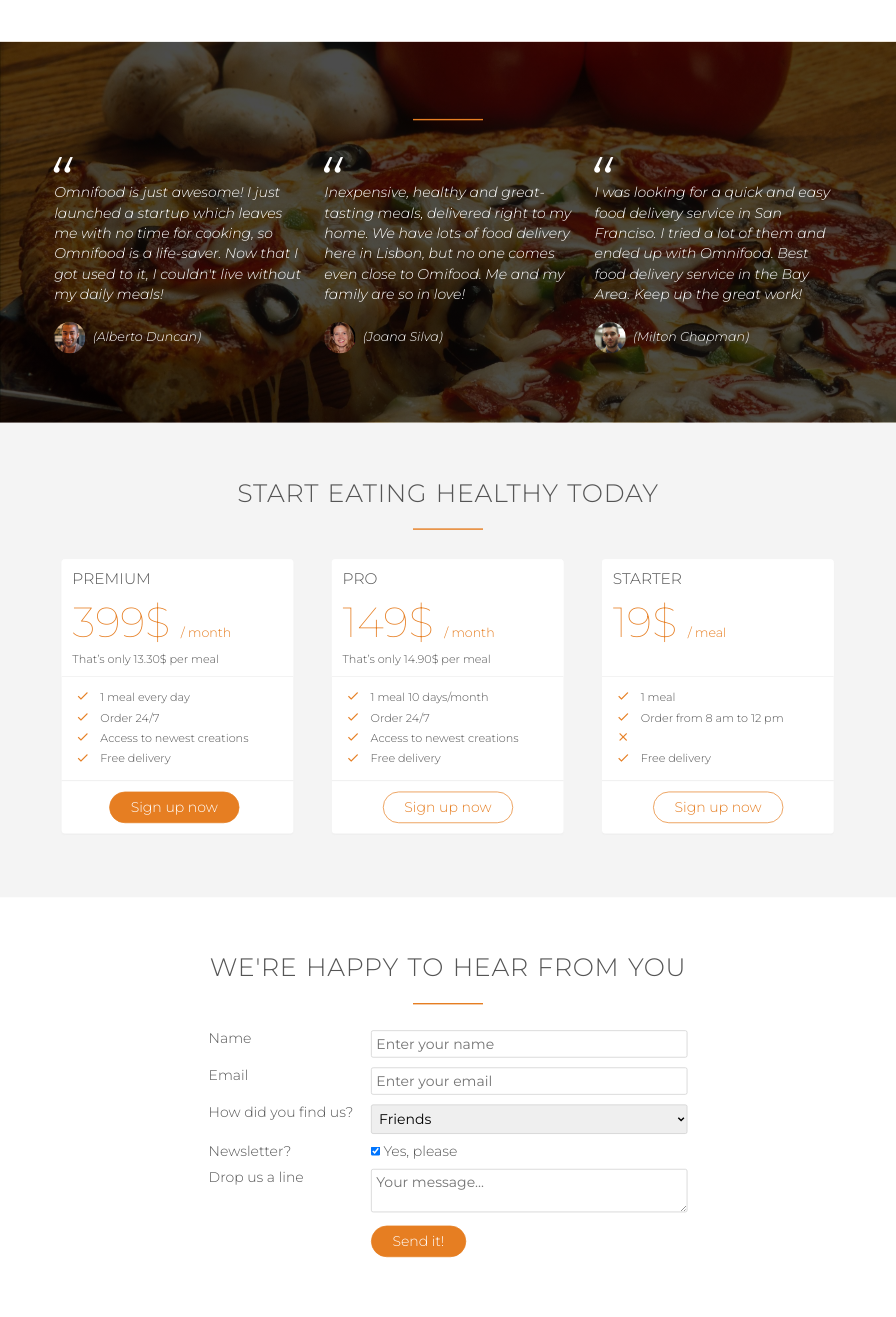
Repository: bbaryn/tasty-food-page
Page: index.html
An editor plug-in stored every save of this project. The page is shown before and after the next save, followed by the edit.
The browser window is 1280 px wide. The pictures show the part of the page from y = 3307 to 5227 px (the page is 5189 px tall before and 5227 px after), at 70% of full size.
Backgrounds fixed to the window are drawn as part of the page.

Above is the page before, as saved 2019-03-28 11:03:52.

After the next save:
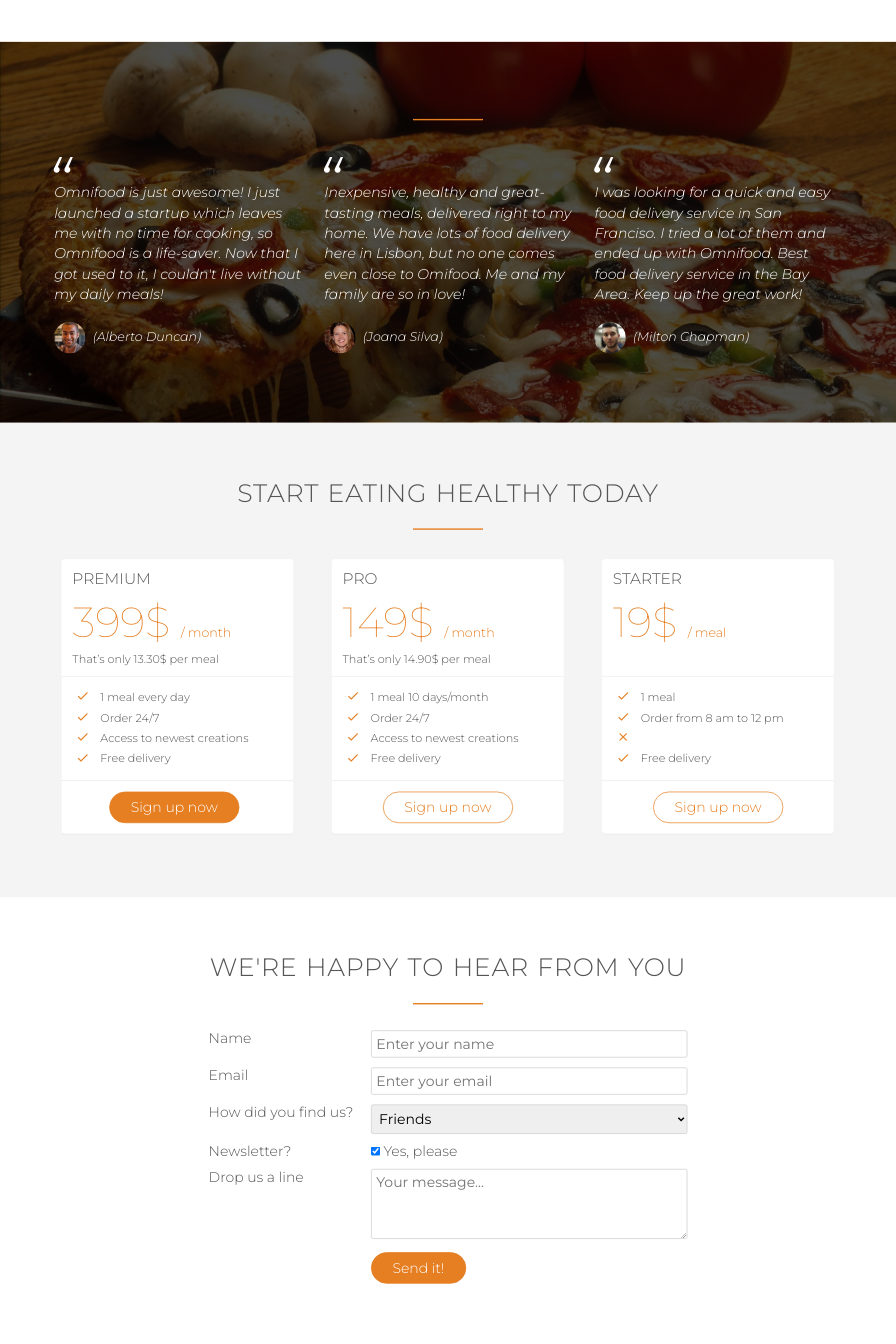
Saved 73 s later.
--- a/resources/css/style.css
+++ b/resources/css/style.css
@@ -472,3 +472,7 @@
     border-radius: 3px;
     border: 1px solid #ccc;
 }
+
+textarea {
+    height: 100px;
+}
